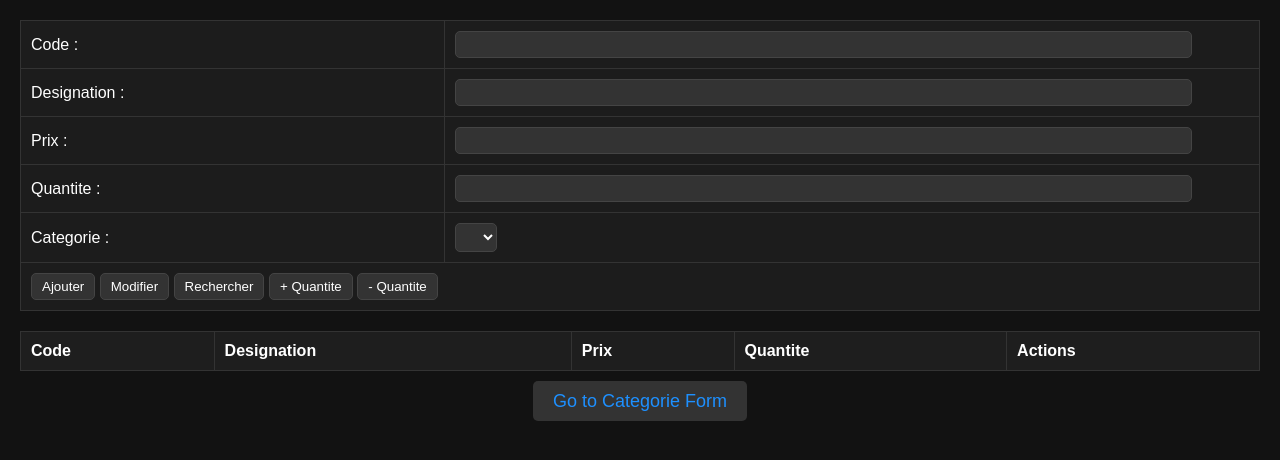
Repository: Hex-atom/Produit-CategorieEAR-JSF
Page: http://localhost/ProduitWeb/Produit.jsp
An editor plug-in stored every save of this project. The page is shown before and after the next save, followed by the edit.
The browser window is 1280 px wide. The pictures show the whole page.
The page is served by Tomcat 9. Nobody is signed in. The application's start-up code is not run. The template is opened directly, without the code that normally fills it, so the values that code supplies are empty.

Above is the page before, as saved 2024-11-17 19:20:20.

After the next save:
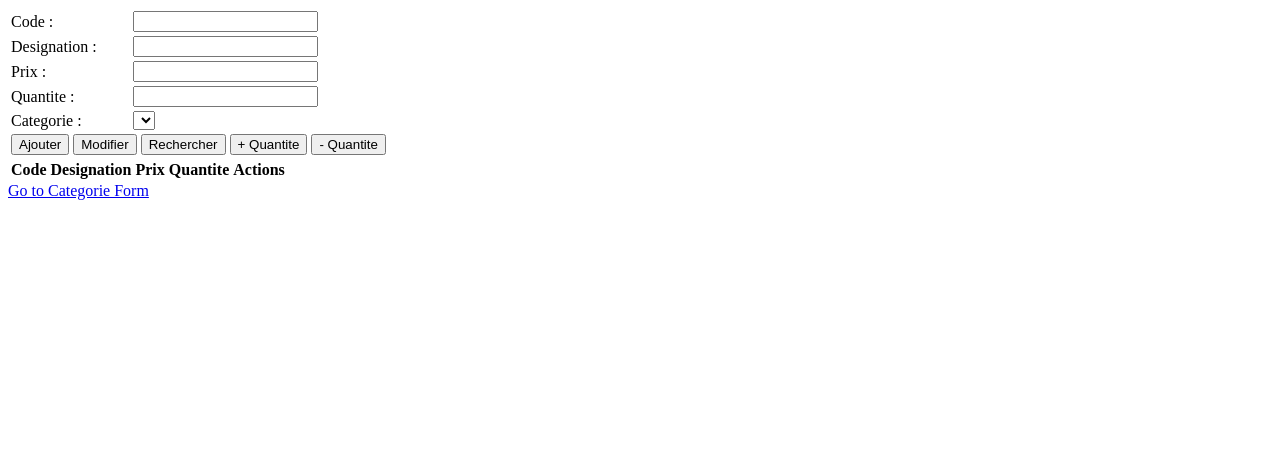
Saved 10 s later.
--- a/ProduitWeb/src/main/webapp/Produit.jsp
+++ b/ProduitWeb/src/main/webapp/Produit.jsp
@@ -7,85 +7,7 @@
 <head>
 <meta charset="UTF-8">
 <title>Gestion des produits</title>
-<style>
-    body {
-        background-color: #121212;
-        color: #ffffff;
-        font-family: Arial, sans-serif;
-        margin: 0;
-        padding: 0;
-    }
 
-    table {
-        width: 100%;
-        border-collapse: collapse;
-        margin: 20px 0;
-    }
-
-    th, td {
-        border: 1px solid #333333;
-        padding: 10px;
-        text-align: left;
-    }
-
-    th {
-        background-color: #1e1e1e;
-    }
-
-    td {
-        background-color: #1c1c1c;
-    }
-
-    input, select, button {
-        background-color: #333333;
-        color: #ffffff;
-        border: 1px solid #444444;
-        padding: 5px 10px;
-        border-radius: 5px;
-    }
-
-    input[type="text"]{
-    	width: 90%;
-    }
-
-    input[type="submit"] {
-        cursor: pointer;
-        transition: background-color 0.3s ease;
-    }
-
-    input[type="submit"]:hover {
-        background-color: #555555;
-    }
-
-    a {
-        color: #1e90ff;
-        text-decoration: none;
-    }
-
-    a:hover {
-        text-decoration: underline;
-    }
-
-    div {
-        margin: 20px;
-    }
-
-    nav {
-        margin-top: 20px;
-        text-align: center;
-    }
-
-    nav a {
-        font-size: 18px;
-        background-color: #333333;
-        padding: 10px 20px;
-        border-radius: 5px;
-    }
-
-    nav a:hover {
-        background-color: #555555;
-    }
-</style>
 </head>
 <body>
     <div id="formProduit">
